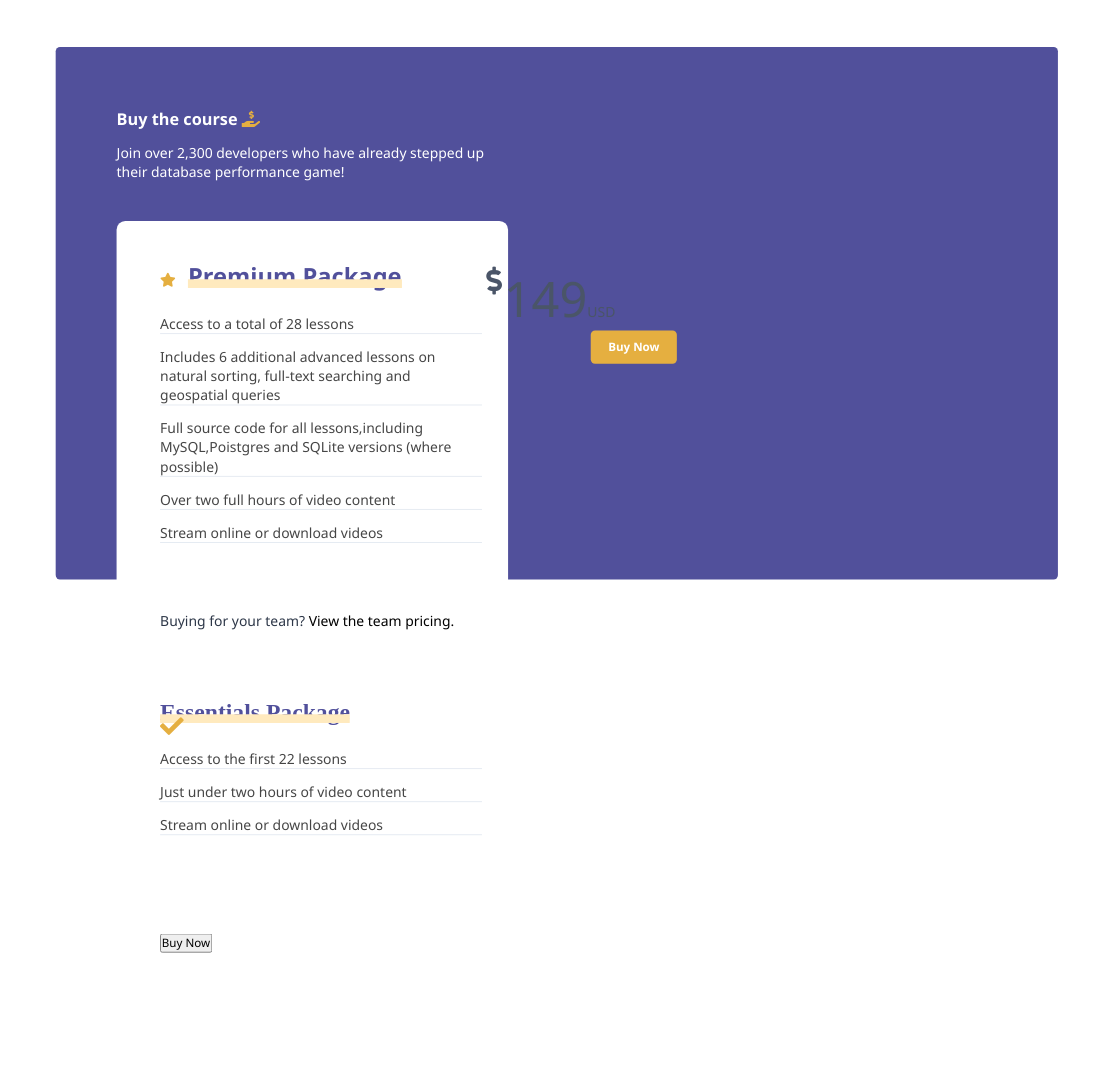
Repository: Z-ayat/Challenges
Page: Challenge 4/index.html
These files come from the project's save history. The page is drawn as it stood at one moment and after the next save; the edit follows.
The browser window is 1280 px wide. The pictures show the whole page, at 87% of full size.
Some web libraries are served in a nearby version.

Above is the page before, as saved 2021-09-07 02:44:51.

After the next save:
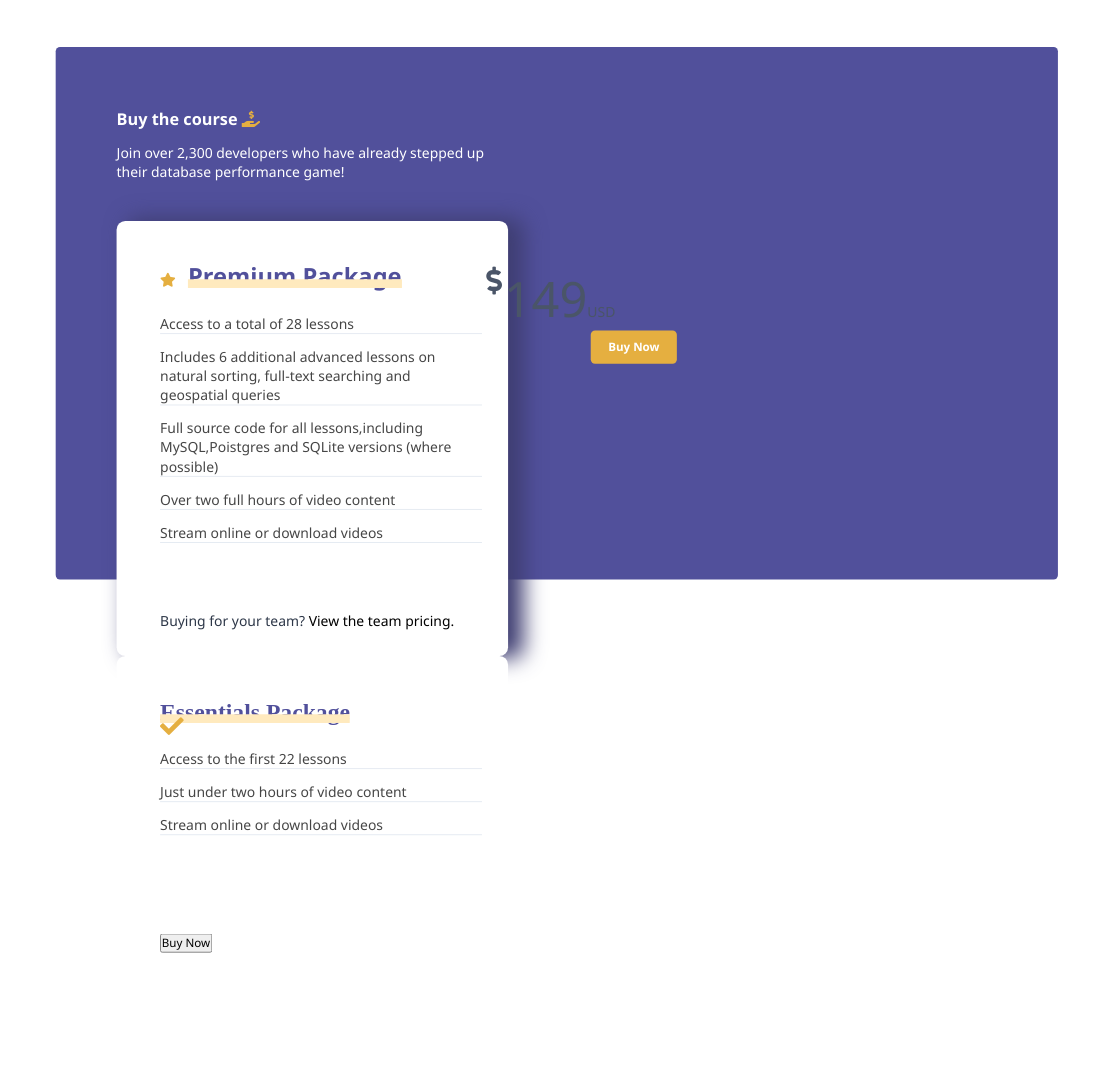
Saved 15 s later.
--- a/Challenge 4/styling/css/master.css
+++ b/Challenge 4/styling/css/master.css
@@ -81,7 +81,8 @@ body {
     flex-flow: wrap column;
     align-items: flex-start;
     position: relative;
-    box-shadow: 15px 0 25px 3px #3f3e72 -webkit-border-radius: 10px;
+    box-shadow: 15px 0 25px 3px #3f3e72;
+    -webkit-border-radius: 10px;
     -moz-border-radius: 10px;
     -ms-border-radius: 10px;
     -o-border-radius: 10px;
